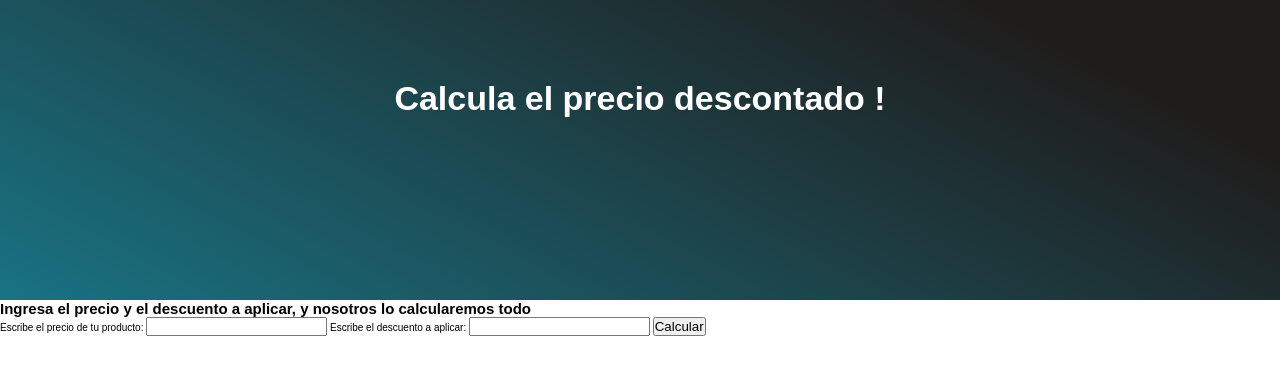
Repository: ChristianGecchelin/javascript-project
Page: javascript-project/descuentos y porcentajes/descuentos.html
These files come from the project's save history. The page is drawn as it stood at one moment and after the next save; the edit follows.
The browser window is 1280 px wide. The pictures show the whole page.

Above is the page before, as saved 2021-12-03 14:56:34.

### javascript-project/descuentos y porcentajes/descuentos.html
<!DOCTYPE html>
<html lang="es">
  <head>
    <meta charset="UTF-8" />
    <meta http-equiv="X-UA-Compatible" content="IE=edge" />
    <meta name="viewport" content="width=device-width, initial-scale=1.0" />
    <title>Porcentajes y descuentos</title>
    <link rel="stylesheet" href="./style.css" />
  </head>
  <body>
    <header>
      <div class="header--title-container">
        <h1>Calcula el precio descontado !</h1>
      </div>
    </header>
    <main>
      <section>
        <h2>
          Ingresa el precio y el descuento a aplicar, y nosotros lo calcularemos
          todo
        </h2>
        <div>
          <form action="">
            <label for="input-price"> Escribe el precio de tu producto:</label>
            <input type="number" id="inputPrice" />
            <label for="input-discount">Escribe el descuento a aplicar:</label>
            <input type="number" id="inputDiscount" />
            <button type="button" onclick="calculateDiscountPrice()">
              Calcular
            </button>
          </form>
        </div>
        <section>
          <p id="resultFunction"></p>
        </section>
      </section>
    </main>

    <script src="./descuentos.js"></script>
  </body>
</html>

### javascript-project/descuentos y porcentajes/style.css
:root {
  --Dark-lightblue: #197383;
  --soft-orange: #ffe9d5;
  --secondary-blue: #1a9af7;
  --soft-blue: #e7f5ff;
  --warm-black: #201e1c;
  --black: #282623;
  --grey: #bababa;
  --off-white: #faf8f7;
  --just-white: #fff;
}
* {
  box-sizing: border-box;
  margin: 0;
  padding: 0;
}
html {
  font-size: 62.5%;
  font-family: "DM Sans", sans-serif;
}
header {
  position: relative;
  display: flex;
  flex-direction: column;
  justify-content: center;
  width: 100%;
  min-width: 320px;
  height: 300px;
  text-align: center;
  background: linear-gradient(207.8deg, #1f1d1c 16.69%, #197383 100%);
}
header .header--title-container {
  width: 90%;
  min-width: 288px;
  max-width: 900px;
  height: 200px;
  text-align: center;
  align-self: center;
}
header .header--title-container h1 {
  margin-top: 30px;
  margin-bottom: 50px;
  font-size: 3.4rem;
  font-weight: 700;
  line-height: 3.6rem;
  color: var(--just-white);
}

### javascript-project/descuentos y porcentajes/descuentos.js
function calculoPrecioConDescuento(precio, descuento) {
  /* Calculo el porcentaje final que PAGARA el cliente */
  const porcentajePrecioConDescuento = 100 - descuento;
  const precioConDescuento = (precio * porcentajePrecioConDescuento) / 100;
  return precioConDescuento;
}
function calculateDiscountPrice() {
  const inputPrice = document.getElementById("inputPrice");
  const priceValue = inputPrice.value;
  const inputDiscount = document.getElementById("inputDiscount");
  const discountValue = inputDiscount.value;
  const precioConDescuento = calculoPrecioConDescuento(
    priceValue,
    discountValue
  );

  console.log(precioConDescuento);
  const resultFunction = document.getElementById("resultFunction");
  resultFunction.innerText = `El precio con descuento es: ${precioConDescuento}`;
}

After the next save:
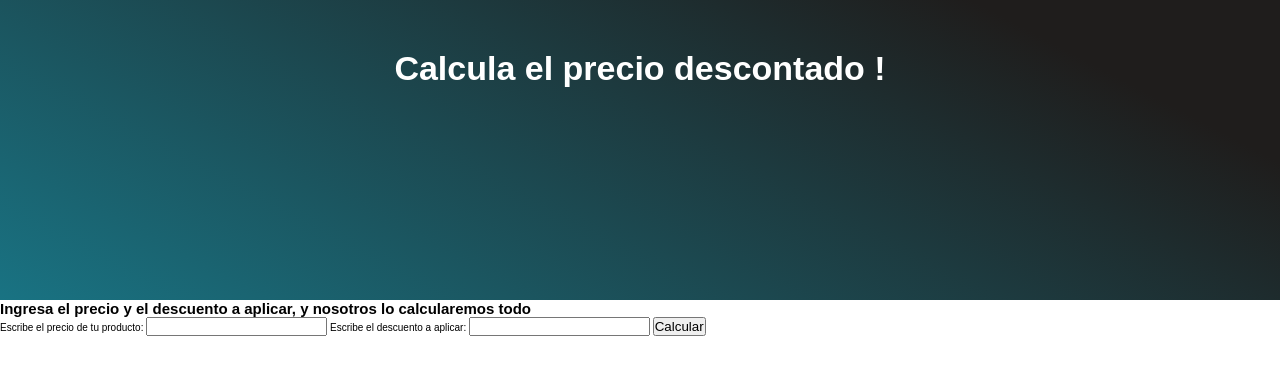
Saved 23 s later.
--- a/javascript-project/descuentos y porcentajes/style.css
+++ b/javascript-project/descuentos y porcentajes/style.css
@@ -38,8 +38,7 @@ header .header--title-container {
   align-self: center;
 }
 header .header--title-container h1 {
-  margin-top: 30px;
-  margin-bottom: 50px;
+  margin: 0 auto;
   font-size: 3.4rem;
   font-weight: 700;
   line-height: 3.6rem;
